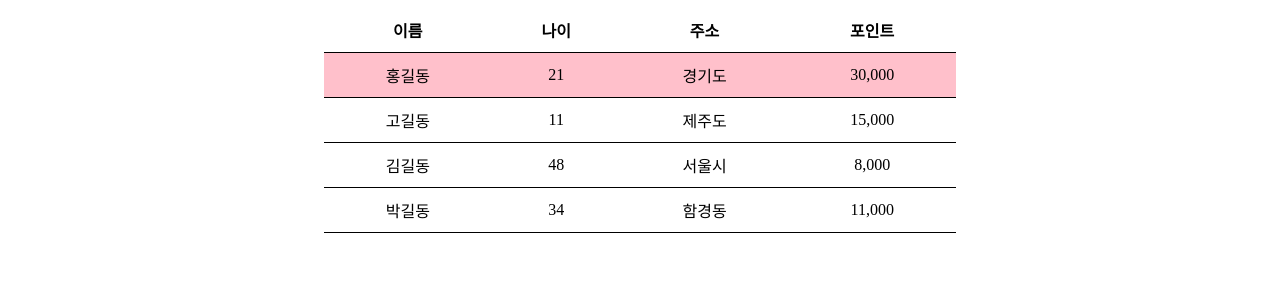
Repository: claddds/2023_webstudy
Page: 01_html/src/main/webapp/day03/ex06_tableStyling.html
An editor plug-in stored every save of this project. The page is shown before and after the next save, followed by the edit.
The browser window is 1280 px wide. The pictures show the whole page.

Above is the page before, as saved 2023-06-21 02:18:54.

After the next save:
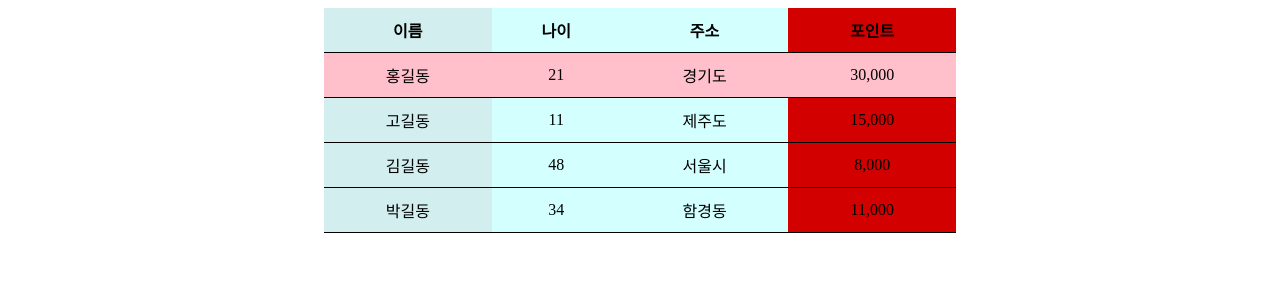
Saved 4 min 17 s later.
--- a/01_html/src/main/webapp/day03/ex06_tableStyling.html
+++ b/01_html/src/main/webapp/day03/ex06_tableStyling.html
@@ -16,14 +16,26 @@
 		border-collapse: collapse;
 	}
 
-	/*행*/
+	/*수평*/
 	tbody tr:nth-child(1){
 		background-color: pink;
 	}
+	/*수직*/
+	/*
+	td:nth-child(2){
+		background-color: pink;
+	}
+	*/
+
 </style>
 </head>
 <body>
 	<table>
+		<colgroup>
+			<col style="background-color: #d3eeee">
+			<col span="2" style="background-color: #d3ffff">
+			<col style="background-color: #d30000">
+		</colgroup>
 		<thead>
 			<tr><th>이름</th><th>나이</th><th>주소</th><th>포인트</th></tr>
 		</thead>
